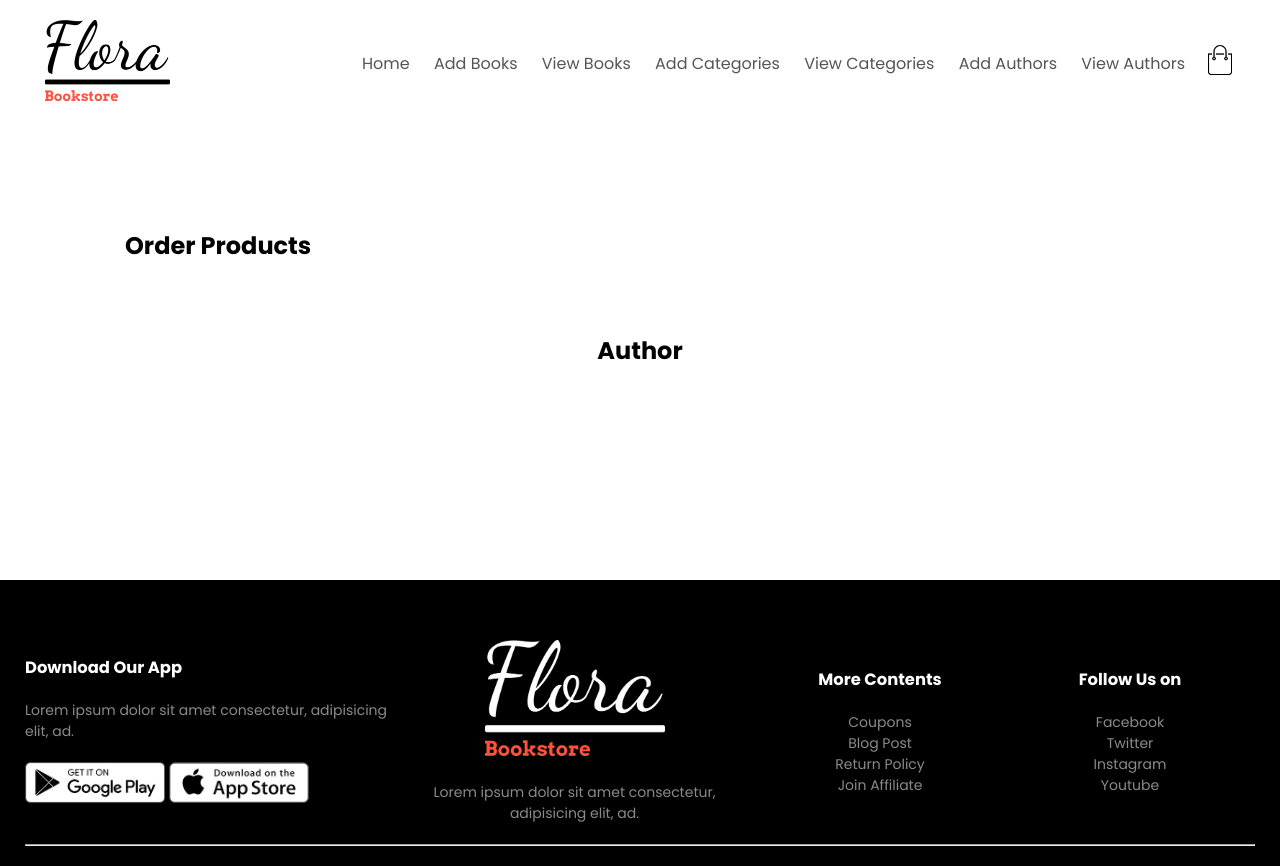
Repository: Uncaught-TypeError/Book-Store-System
Page: http://localhost/detailorder
An editor plug-in stored every save of this project. The page is shown before and after the next save, followed by the edit.
The browser window is 1280 px wide. The pictures show the whole page.
Some web libraries are served in a nearby version. The page is this project's Thymeleaf template; nobody is signed in. The template is opened directly, without the code that normally fills it, so the values that code supplies are empty.

Above is the page before, as saved 2022-12-30 16:36:21.

### Thymeleaf_Projects_Book_Store/src/main/resources/templates/detailorder.html
<!DOCTYPE html>
<html lang="en" xmlns:th="http://www.thymeleaf.org">
<head>
    <meta charset="UTF-8">
    <meta http-equiv="X-UA-Compatible" content="IE=edge">
    <meta name="viewport" content="width=device-width, initial-scale=1.0">
    <link rel="preconnect" href="https://fonts.googleapis.com">
    <link rel="preconnect" href="https://fonts.gstatic.com" crossorigin>
    <link href="https://fonts.googleapis.com/css2?family=Poppins:wght@300;400;500;600;700&display=swap" rel="stylesheet">
    <script src="https://kit.fontawesome.com/a96c5020c6.js" crossorigin="anonymous"></script>
    <link rel="stylesheet" href="style.css">
    <title>Order Detail Page</title>
</head>
<body>
    <div class="container">
        <div class="navbar">
            <div class="logo">
                <a th:href="@{/homepage}"><img src="images/flora1.png" width="125px"></a>
            </div>
            <nav>
                <ul id="MenuItems">
                    <li><a th:href="@{/homepage}">Home</a></li>
                        <li><a th:href="@{/bookform}">Add Books</a></li>
                        <li><a th:href="@{/books}">View Books</a></li>
                        <li><a th:href="@{/categoryform}">Add Categories</a></li>
                        <li><a th:href="@{/categorytable}">View Categories</a></li>
                        <li><a th:href="@{/authorsform}">Add Authors</a></li>
                        <li><a th:href="@{/authortable}">View Authors</a></li>
                </ul>
            </nav>
            <a th:href="@{/homepage}"><img src="images/cart.png" width="30px" height="30px"></a>
            <img src="images/menu.png" class="menu-icon" onclick="menutoggle()">
        </div>
    </div>

    <!-- feature products -->

    <div class="small-container">
        <div class="row row-2">
            <h2>Order Products</h2>
            <!-- <select name="" id="">
                <option value="">Default Sorting</option>
                <option value="">Sort by Price</option>
                <option value="">Sort by Popularity</option>
                <option value="">Sort by Rating</option>
                <option value="">Sort by Sale</option>
            </select> -->
        </div>
        <div class="row">
                <div class="col-4" th:each="order:${orderdetail}">
                    <img th:src="@{'/uploads/'+${order.book.img}}">
                    <h4 th:text="${order.book.title}" style="font-weight:bold; font-size: 20px; color: #ff523b;"></h4>
                    <div class="rating">
                        <p th:text="${order.book.author.name}" style="font-size: 18px; color: black;"></p>
                    </div>
                    <p th:text="${order.book.price}" style="color: black;"></p>
                </div>
        </div>
        <div class="row">
            <div class="table-container2">
                <h2>Author</h2>
                <!-- <form th:action="@{search-author}" class="searchform">
                    <input type="search" placeholder="Search Author" th:name="search">
                    <button class="search-btn" type="submit" value="Search">Search</button>
                </form> -->
                <!-- <table class="table table-striped table-hover author-table">
                    <thead>
                        <tr>
                            <th>Name</th>
                            <th>Email</th>
                            <th>Password</th>
                            <th>Date of Birth</th>
                            <th>Action</th>
                        </tr>
                    </thead>
                    <tbody>
                        <tr th:each="auth:${authors}">
                            <td th:text="${auth.name}"></td>
                            <td th:text="${auth.email}"></td>
                            <td th:text="${auth.password}"></td>
                            <td th:text="${auth.dateBirth}"></td>
                            <td>
                                <a th:href="@{'/edit-auth/'+${auth.id}}">Edit</a> &nbsp;
                                <a th:href="@{'/delete-auth/'+${auth.id}}">Delete</a>
                            </td>
                        </tr>
                    </tbody>
                </table> -->
            </div>
        </div>
        <!-- <div class="page-btn">
            <span>1</span>
            <span>2</span>
            <span>3</span>
            <span>4</span>
            <span>&#8594;</span>
        </div> -->
    </div>

    <div class="footer">
        <div class="container">
            <div class="row">
                <div class="footer-col-1">
                    <h3>Download Our App</h3>
                    <p>Lorem ipsum dolor sit amet consectetur, adipisicing elit, ad.</p>
                    <div class="app-logo">
                        <img src="images/play-store.png">
                        <img src="images/app-store.png">
                    </div>
                </div>
                <div class="footer-col-2">
                    <img src="images/flora2.png">
                    <p>Lorem ipsum dolor sit amet consectetur, adipisicing elit, ad.</p>
                </div>
                <div class="footer-col-3">
                    <h3>More Contents</h3>
                    <ul>
                        <li>Coupons</li>
                        <li>Blog Post</li>
                        <li>Return Policy</li>
                        <li>Join Affiliate</li>
                    </ul>
                </div>
                <div class="footer-col-4">
                    <h3>Follow Us on</h3>
                    <ul>
                        <li>Facebook</li>
                        <li>Twitter</li>
                        <li>Instagram</li>
                        <li>Youtube</li>
                    </ul>
                </div>
            </div>
            <hr>
        </div>
    </div>

    <!-- JavaScript -->
    <script>
        var MenuItems = document.getElementById("MenuItems");
        MenuItems.style.maxHeight = "0px";

        function menutoggle(){
            if(MenuItems.style.maxHeight == "0px"){
                MenuItems.style.maxHeight = "300px";
            }
            else{
                MenuItems.style.maxHeight = "0px";
            }
        }

    </script>

</body>
</html>

### Thymeleaf_Projects_Book_Store/src/main/resources/static/style.css
*{
    margin: 0;
    padding: 0;
    box-sizing: border-box;
}

body{
    font-family: 'Poppins', sans-serif;
}

/* homepage */

.navbar{
    display: flex;
    align-items: center;
    padding: 20px;
}

nav{
    flex: 1;
    text-align: right;

    cursor: pointer;
}

nav ul{
    display: inline-block;
    list-style-type: none;
}

nav ul li{
    display: inline;
    margin-right: 20px;
}

.dropdown1{
    float: left;
    overflow: hidden;
}

.dropdown-content1{
    display: none;
    position: absolute;
    background-color: #fde9e9;
    min-width: 160px;
    box-shadow: 0px 8px 16px 0px rgba(0,0,0,0.2);
    z-index: 1;
}

.dropdown-content1 a{
    float: none;
    color: #555;
    padding: 12px 16px;
    margin: 10px;
    text-decoration: none;
    display: block;
    text-align: left;
}

.dropdown-content1 a:hover {
    background-color: rgb(248, 222, 222);
}

.dropdown1:hover .dropdown-content1 {
    display: block;
}

a{
    text-decoration: none;
    color: #555;
}

p{
    color: #555;
}

.container{
    max-width: 1300px;
    margin: auto;
    padding-left: 25px;
    padding-right: 25px;
}

.row{
    display: flex;
    align-items: center;
    flex-wrap: wrap;
    justify-content: space-around;
}

.col-2{
    flex-basis: 50%;
    min-width: 300px;
}

.col-2 img{
    max-width: 100%;
    padding: 50px 0;
}

.col-2 h1{
    font-size: 50px;
    line-height: 60px;
    margin: 25px 0;
}

.btn{
    display: inline-block;
    background: #ff523b;
    color: #fff;
    padding: 8px 30px;
    margin: 30px 0;
    border-radius: 30px;
    transition: background 0.5s;
}

.btn:hover{
    background: #563434;
}

.header{
    background: radial-gradient(#fff, #ffd6d6);
}

.header .row{
    margin-top: 70px;
}

.categories{
    margin: 70px 0;
}

.col-3{
    flex-basis: 30%;
    min-width: 250px;
    margin-bottom: 30px;
}

.col-3 img{
    width: 100%;
}

.small-container{
    max-width: 1080px;
    margin: auto;
    padding-left: 25px;
    padding-right: 25px;
}

.col-4{
    flex-basis: 25%;
    padding: 10px;
    min-width: 200px;
    margin-bottom: 50px;
    transition: transform 0.5s;
}

.col-4 img{
    width: 100%;
}

.title{
    text-align: center;
    margin: 0 auto 80px;
    position: relative;
    line-height: 60px;
    color: #555;
}

.title::after{
    content: "";
    background: #ff523b;
    width: 80px;
    height: 5px;
    border-radius: 5px;
    position: absolute;
    bottom: 0;
    left: 50%;
    transform: translateX(-50%);
}

h4{
    color: #555;
    font-weight: normal;
}

.col-4 p{
    font-size: 14px;
}

.rating .fa-star{
    color: #ff523b;
}

.col-4:hover{
    transform: translateY(-5px);
}

.offer{
    background: radial-gradient(#fff, #ffd6d6);
    margin-top: 80px;
    padding: 30px 0;
}

.col-2 .offer-img{
    padding: 50px;
}

small{
    color: #555;
}

.testimonial{
    padding-top: 100px;
}

.testimonial .col-3{
    text-align: center;
    padding: 40px 20px;
    box-shadow: 0 0 20px 0px rgba(0, 0, 0, 0.1);
    cursor: pointer;
    transition: transform 0.5s;
}

.testimonial .col-3 img{
    width: 50px;
    margin-top: 20px;
    border-radius: 50%;
}

.testimonial .col-3:hover{
    transform: translateY(-10px);
}

.fa-quote-left{
    font-size: 34px;
    color: #ff523b;
}

.col-3 p{
    font-size: 12px;
    margin: 12px 0;
    color: #777;
}

.testimonial .col-3 h3{
    font-weight: 600;
    color: #555;
    font-size: 16px;
}

.brands{
    margin: 100px auto;
}

.col-5{
    width: 30px;
}

.col-5 img{
    width: 100%;
    cursor: pointer;
    filter: grayscale(100%);
}

.col-5 img:hover{
    filter: grayscale(0);
}

/* footer */

.footer{
    background: #000;
    color: #8a8a8a;
    font-size: 14px;
    padding: 60px 0 20px;
}

.footer p{
    color: #8a8a8a;
}

.footer h3{
    color: #fff;
    margin-bottom: 20px;
}

.footer-col-1,
.footer-col-2,
.footer-col-3,
.footer-col-4{
    min-width: 250px;
    margin-bottom: 20px;
}

.footer-col-1{
    flex-basis: 30%;
}

.footer-col-2{
    flex: 1;
    text-align: center;
}

.footer-col-2 img{
    width: 180px;
    margin-bottom: 20px;
}

.footer-col-3,
.footer-col-4{
    flex-basis: 12%;
    text-align: center;
}

ul{
    list-style: none;
}

.app-logo{
    margin-top: 20px;
}

.app-logo img{
    width: 140px;
}

.footer h2{
    border: none;
    background: #b5b5b5;
    height: 1px;
    margin: 20px 0;
}

.menu-icon{
    width: 28px;
    margin-left: 20px;
    display: none;
}

/* Product Page */

.row-2{
    justify-content: space-between;
    margin: 100px auto 50px;
}

datalist{
    border: 1px solid #ff523b;
    padding: 5px;
}

datalist:hover{
    outline: none;
}

/* .page-btn{
    margin: 0 auto 80px;
}

.page-btn span{
    display: inline-block;
    border: 1px solid #ff523b;
    margin-left: 10px;
    width: 40px;
    height: 40px;
    text-align: center;
    line-height: 40px;
    cursor: pointer;
}

.page-btn span:hover{
    background: #ff523b;
    color: #fff;
} */

/* Single Product Details */

.single-product{
    margin-top: 80px;
}

.single-product .col-2 img{
    padding: 0;
}

.single-product .col-2{
    padding: 20px;
}

.single-product h4{
    margin: 20px 0;
    font-size: 22px;
    font-weight: bold;
}
.single-product select{
    display: block;
    padding: 10px;
    margin-top: 20px;
}

.single-product input{
    width: 50px;
    height: 40px;
    padding-left: 10px;
    font-size: 20px;
    margin-right: 10px;
    border: 1px solid #ff523b;
}

input:focus{
    outline: none;
}

.single-product .fa-indent{
    color: #ff523b;
    margin-left: 10px;
}

.small-img-row{
    display: flex;
    justify-content: space-between;
}

.small-img-col{
    flex-basis: 24%;
    cursor: pointer;
}

/* Cart items */

.cart-page{
    margin: 80px auto;
}

.cart-table{
    width: 100%;
    border-collapse: collapse;
}

.cart-info{
    display: flex;
    flex-wrap: wrap;
}

.cart-table th{
    text-align: left;
    padding: 5px;
    color: #fff;
    background: #ff523b;
    font-weight: normal;
}

.cart-table td{
    padding: 10px 5px;
}

.cart-table td input{
    width: 40px;
    height: 30px;
    padding: 5px;
}

.cart-table td a{
    color: #ff523b;
    font-size: 12px;
}

.cart-table td img{
    width: 80px;
    height: 80px;
    margin-right: 10px;
}

.total-price{
    display: flex;
    justify-content: flex-end;
}

.total-price table{
    border-top: 3px solid #ff523b;
    width: 100%;
    max-width: 400px;
}

.cart-table td:last-child{
    text-align: right;
}

.cart-table th:last-child{
    text-align: right;
}


/* account-page */

.account-page{
    padding: 50px 0;
    background: radial-gradient(#fff, #ffd6d6);
}

.form-container{
    background: #fff;
    width: 300px;
    height: 400px;
    position: relative;
    text-align: center;
    padding: 20px 0;
    margin: auto;
    box-shadow: 0 0 20px 0px rgba(0, 0, 0, 0.1);
    overflow: hidden;
}

.form-container span{
    font-weight: bold;
    padding: 0 10px;
    color: #555;
    cursor: pointer;
    width: 100px;
    display: inline-block;
}

.form-container .logintitle{
    position: relative;
    text-align: center;
    padding: 20px 0;
    margin: auto;
    overflow: hidden;
    font-size:  20px;
}

.form-btn{
    display: inline-block;
}

.form-container .regform{
    max-width: 300px;
    padding: 0 20px;
    position: absolute;
    top: 90px;
    transition: transform 1s;
}

.form-container .loginform{
    max-width: 300px;
    padding: 0 20px;
    position: absolute;
    top: 90px;
    transition: transform 1s;
}

.form-container form{
    max-width: 300px;
    padding: 0 20px;
    position: absolute;
    top: 150px;
    transition: transform 1s;
}

form input{
    width: 100%;
    height: 30px;
    margin: 10px 0;
    padding: 0 10px;
    border: 1px solid #ccc;
}

.radio-form{
    display: inline-block;
    font-size: 15px;
    font-weight: normal;
}

input[type=radio] {
    border: 0px;
    width: 100%;
    height: 1.8em;
}

form .btn{
    width: 100%;
    border: none;
    cursor: pointer;
    margin: 10px 0;
}

form .btn:focus{
    outline: none;
}

#LoginForm{
    left: -300px;
}

#RegForm{
    left: 0;
}

form a{
    font-size: 12px;
}

#Indicator{
    width: 100px;
    border: none;
    background: #ff523b;
    height: 3px;
    margin-top: 8px;
    transform: translateX(100px);
    transition: transform 1s;
}

/* Author page */

.table-container2{
    width: 100%;
    position: relative;
    text-align: center;
    padding: 20px 0;
    margin-bottom: 192px;
}

.searchform{
    width: 500px;
    margin: auto;
    padding: 20px 25px;
}

.searchform input{
    width: 200px;
    height: 30px;
    margin: 10px 0;
    padding: 0 10px;
    border: 1px solid #ccc;
}

.search-btn{
    display: inline-block;
    background: #ff523b;
    color: #fff;
    padding: 5px 30px;
    margin: 0 30px;
    border-radius: 30px;
    transition: background 0.5s;
    border-style: none;
}

.search-btn:hover{
    background: #563434;
}

.author-table th{
    font-weight: normal;
    font-size: 1.2em;
}
.author-table{
    font-weight: normal;
    width: 90%;
    margin: auto;
    table-layout: fixed;
}

.author-table td{
	word-wrap:break-word;

}

.author-table a{
    cursor: pointer;
}

.btn-text{
    color: white;
}

.small-container2{
    max-width: 100%;
    margin: auto;
    padding-left: 25px;
    padding-right: 25px;
    background: radial-gradient(#fff, #ffd6d6);
}

.small-container2 .row h1{
    padding: 50px;
    font-weight: normal;
}

.form-container2 h2{
    font-weight: normal;
    padding-top: 50px;
}

.form-container2{
    background: #fff;
    width: 300px;
    height: 500px;
    position: relative;
    text-align: center;
    padding: 20px 0;
    margin-bottom: 50px;
    box-shadow: 0 0 20px 0px rgba(0, 0, 0, 0.1);
    overflow: hidden;
}

.form-container2 form{
    max-width: 300px;
    padding: 0 20px;
    position: absolute;
    top: 130px;
    transition: transform 1s;
}

.smalltext{
    font-size: 10px;
}

.select-form{
    width: 100%;
    height: 30px;
    margin: 10px 0;
    padding: 0 10px;
    border: 1px solid #ccc;
}

/* Book Page */

.form-container3 h2{
    font-weight: normal;
    padding-top: 50px;
}

.form-container3{
    background: #fff;
    width: 300px;
    height: 650px;
    position: relative;
    text-align: center;
    padding: 20px 0;
    margin-bottom: 50px;
    box-shadow: 0 0 20px 0px rgba(0, 0, 0, 0.1);
    overflow: hidden;
}

.form-container3 form{
    max-width: 300px;
    padding: 0 20px;
    position: absolute;
    top: 130px;
    transition: transform 1s;
}

/* Category */

.form-container4 h2{
    font-weight: normal;
    padding-top: 50px;
}

.form-container4{
    background: #fff;
    width: 300px;
    height: 300px;
    position: relative;
    text-align: center;
    padding: 20px 0;
    margin-bottom: 112px;
    box-shadow: 0 0 20px 0px rgba(0, 0, 0, 0.1);
    overflow: hidden;
}

.form-container4 form{
    max-width: 300px;
    padding: 0 20px;
    position: absolute;
    top: 130px;
    transition: transform 1s;
}

.listdetail{
    font-weight: normal;
    width: 200px;
    margin: auto;
}


.insideli{
    font: 1em;
}
.outsideli{
    font: 1.3em;
}

.successh1{
    padding: 50px auto;
    font-weight: bold;
    margin: 206px;
}


/* Responsive */

@media only screen and (max-width: 800px){
    nav ul{
        position: absolute;
        top: 70px;
        left: 0;
        background: #333;
        width: 100%;
        overflow: hidden;
        transition: max-height 0.7s;
    }

    nav ul li{
        display: block;
        margin-right: 50px;
        margin-top: 10px;
        margin-bottom: 10px;
    }

    nav ul li a{
        color: #fff;
    }

    .menu-icon{
        display: block;
        cursor: pointer;
    }
}

/* media query for less than 600 screen size */

@media only screen and (max-width: 600px){
    .row{
        text-align: center;
    }
    .col-2,
    .col-3,
    .col-4{
        flex-basis: 100%;
    }
    .single-product .row{
        text-align: left;
    }
    .single-product .col-2{
        padding: 20px 0;
    }
    .single-product h1{
        font-size: 26px;
        line-height: 32px;
    }

    .cart-info p{
        display: none;
    }
}

After the next save:
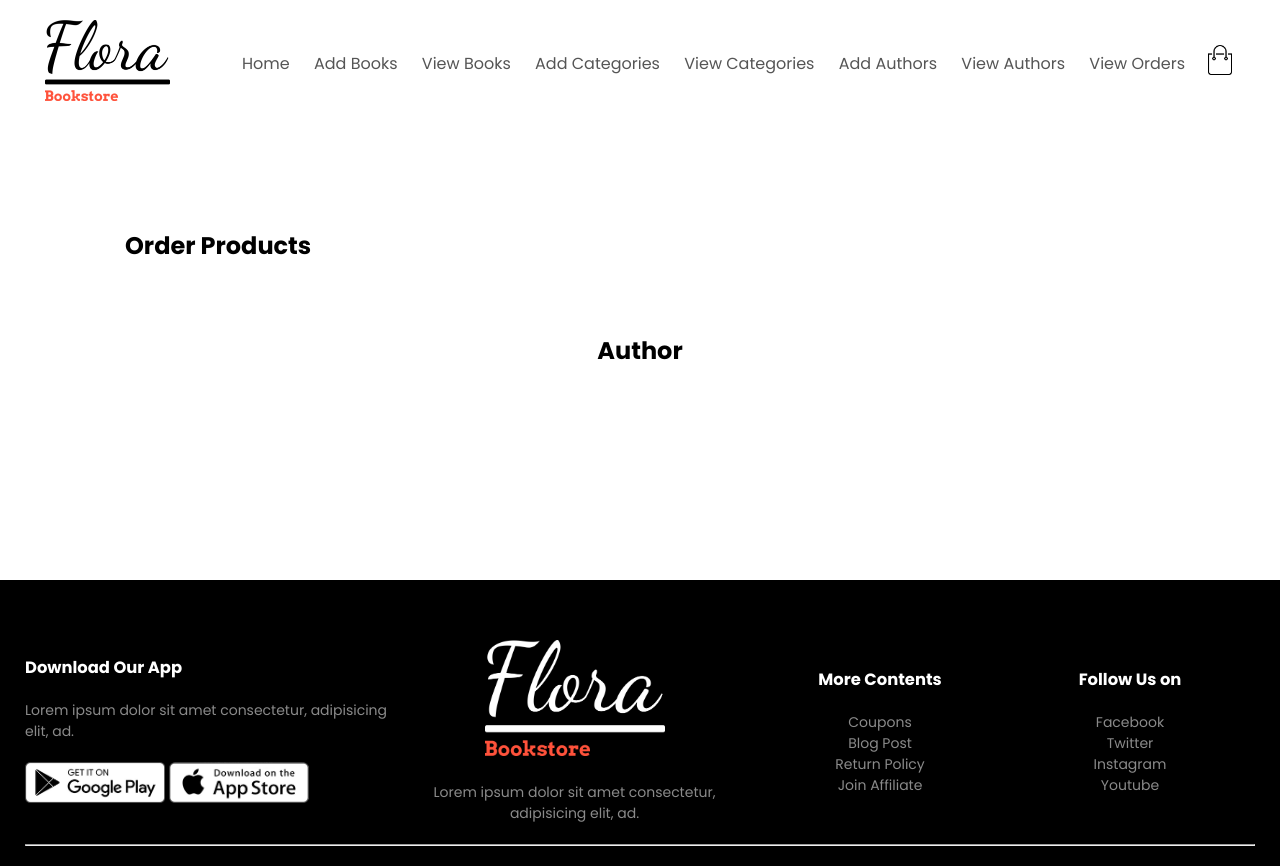
Saved 111 s later.
--- a/Thymeleaf_Projects_Book_Store/src/main/resources/templates/detailorder.html
+++ b/Thymeleaf_Projects_Book_Store/src/main/resources/templates/detailorder.html
@@ -20,12 +20,13 @@
             <nav>
                 <ul id="MenuItems">
                     <li><a th:href="@{/homepage}">Home</a></li>
-                        <li><a th:href="@{/bookform}">Add Books</a></li>
-                        <li><a th:href="@{/books}">View Books</a></li>
-                        <li><a th:href="@{/categoryform}">Add Categories</a></li>
-                        <li><a th:href="@{/categorytable}">View Categories</a></li>
-                        <li><a th:href="@{/authorsform}">Add Authors</a></li>
-                        <li><a th:href="@{/authortable}">View Authors</a></li>
+                    <li><a th:href="@{/bookform}">Add Books</a></li>
+                    <li><a th:href="@{/books}">View Books</a></li>
+                    <li><a th:href="@{/categoryform}">Add Categories</a></li>
+                    <li><a th:href="@{/categorytable}">View Categories</a></li>
+                    <li><a th:href="@{/authorsform}">Add Authors</a></li>
+                    <li><a th:href="@{/authortable}">View Authors</a></li>
+                    <li><a th:href="@{/vieworder}">View Orders</a></li>
                 </ul>
             </nav>
             <a th:href="@{/homepage}"><img src="images/cart.png" width="30px" height="30px"></a>
